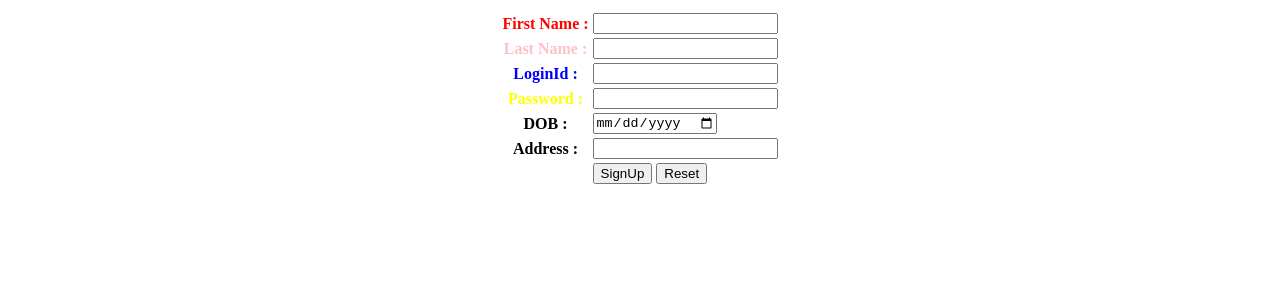
Repository: Jatdevta/AdvanceJava
Page: http://localhost/DynamicProject/UserRegistration.jsp
An editor plug-in stored every save of this project. The page is shown before and after the next save, followed by the edit.
The browser window is 1280 px wide. The pictures show the whole page.
The page is served by Tomcat 9. Other server files are loaded and not shown.

Above is the page before, as saved 2023-08-18 07:05:09.

### Advancejava/DynamicProject/WebContent/UserRegistration.jsp
<%@ page language="java" contentType="text/html; charset=ISO-8859-1"
	pageEncoding="ISO-8859-1"%>
<!DOCTYPE html>
<html>
<head>
<meta charset="ISO-8859-1">
<title>SYSTUMM....!!!!!!</title>
</head>
<body>
<center>
<body>
	<%
		String msg = (String) request.getAttribute("msg");
	%>
	<form action="UserCTL" method="post">
		<table>
			<tr>
				<%
					if (msg != null) {
				%>
				<%=msg%>
				<%
					}
				%>
			</tr>
			<tr>


				<th style=color:red;> First Name :</th>
				<td><input type="text" name="firstName"></td>
			</tr>
			<tr>
				<th style=color:pink;>Last Name :</th>
				<td><input type="text" name="lastName"></td>
			</tr>
			<tr>
				<th style = color:blue;>LoginId :</th>
				<td><input type="text" name="loginId"></td>
			</tr>
			<tr>
				<th style = color:yellow;>Password :</th>
				<td><input type="password" name="password"></td>
			</tr>
			<tr>
				<th>DOB :</th>
				<td><input type="date" name="dob"></td>
			</tr>
			<tr>
				<th>Address :</th>
				<td><input type="text" name="address"></td>
			</tr>
			<tr>
				<th></th>
				<td><input type="submit" name="operation" value="SignUp">
					<input type="submit" name="operation" value="Reset"></td>
			</tr>
		</table>
	</form>
</body>
</html>

After the next save:
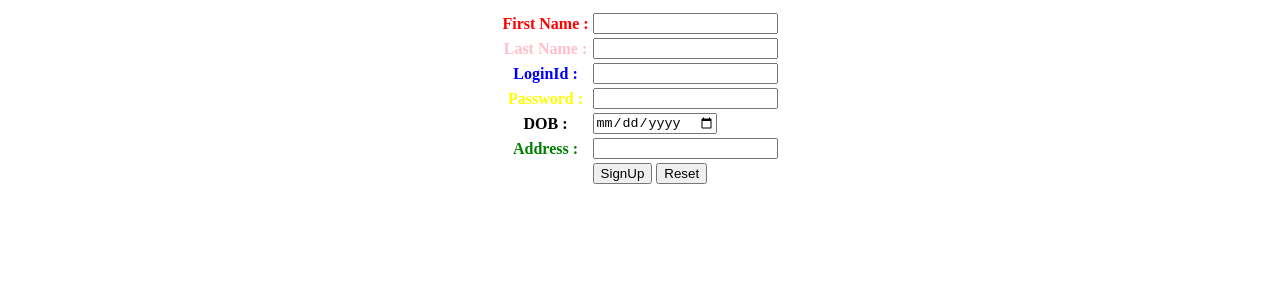
Saved 93 s later.
--- a/Advancejava/DynamicProject/WebContent/UserRegistration.jsp
+++ b/Advancejava/DynamicProject/WebContent/UserRegistration.jsp
@@ -42,11 +42,11 @@
 				<td><input type="password" name="password"></td>
 			</tr>
 			<tr>
-				<th>DOB :</th>
+				<th style = color:voilet;>DOB :</th>
 				<td><input type="date" name="dob"></td>
 			</tr>
 			<tr>
-				<th>Address :</th>
+				<th style = color:green;>Address :</th>
 				<td><input type="text" name="address"></td>
 			</tr>
 			<tr>
